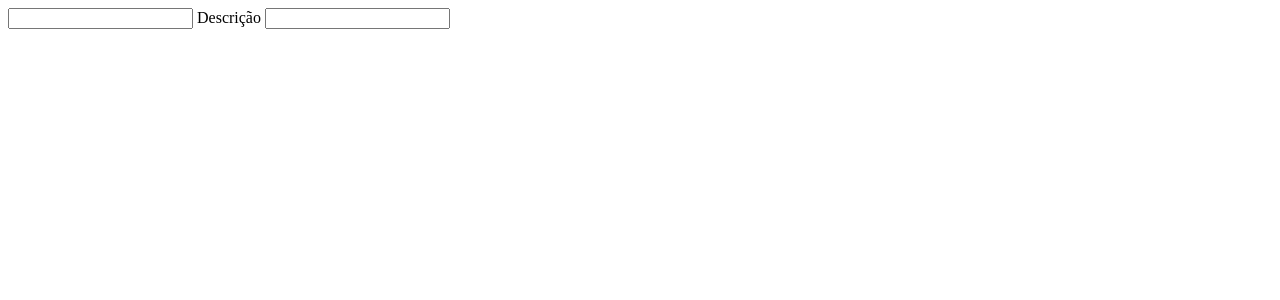
Repository: heloisakrajewski/projeto-leo
Page: Projeto/pyrafilms/WebContent/genero.html
These files come from the project's save history. The page is drawn as it stood at one moment and after the next save; the edit follows.
The browser window is 1280 px wide. The pictures show the whole page.

Above is the page before, as saved 2016-11-26 20:12:43.

After the next save:
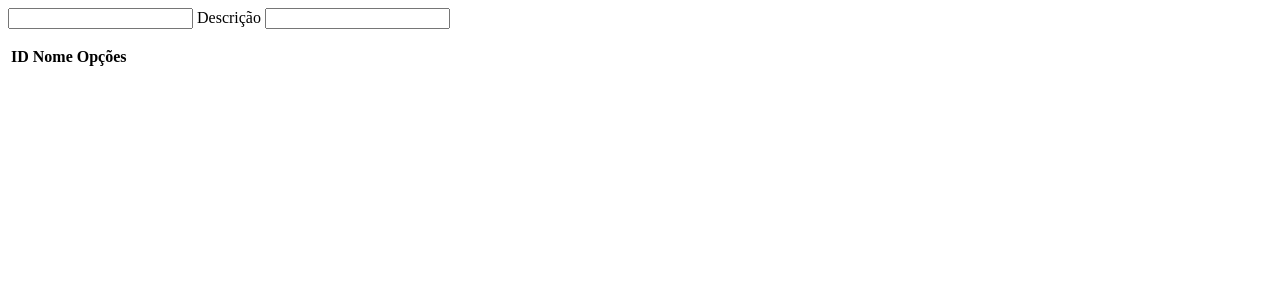
Saved 85 s later.
--- a/Projeto/pyrafilms/WebContent/genero.html
+++ b/Projeto/pyrafilms/WebContent/genero.html
@@ -48,16 +48,31 @@
 </div>
  -->
 
- <form id="criarFilmeForm">
-	<div class="form-group">
-		<div class="row">
-
-			<input type="text" class="form-control hidden" name="id" />
-			<label>Descrição</label>
-			<input type="text" class="form-control" name="descricao" />
+<div class="col-lg-6">
+	 <form id="criarFilmeForm">
+		<div class="form-group">
+			<div class="row">
+				<input type="text" class="form-control hidden" name="id" />
+				<label>Descrição</label>
+				<input type="text" class="form-control" name="descricao" />
+			</div>
 		</div>
-	</div>
-</form>
+	</form>
+</div>
+<div class="col-lg-6">
+	<table id="grid-generos" class="table">
+		<thead>
+			<tr>
+				<th class="text-center">ID</th>
+				<th class="text-center">Nome</th>
+				<th class="text-center">Opções</th>
+			</tr>
+		</thead>
+		<tr>
+
+		</tr>
+	</table>
+</div>
 
 	<!-- <div id="images" class="panel" style="float: left;"></div> -->
 
